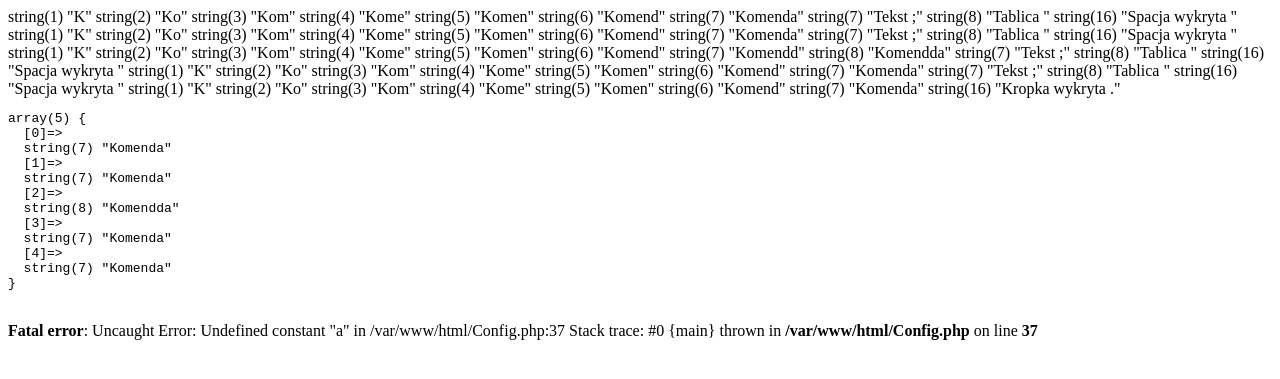
Repository: mahoone/revising_php
Page: http://localhost/Config.php
The author's editor kept a copy of each file at every save. The page is drawn from the files as they stood at one save, then again after the next save.
The browser window is 1280 px wide. The pictures show the whole page.
The page is run by PHP 8.4 with error messages shown; the project is at /var/www/html/.

Above is the page before, as saved 2020-06-03 08:43:57.

After the next save:
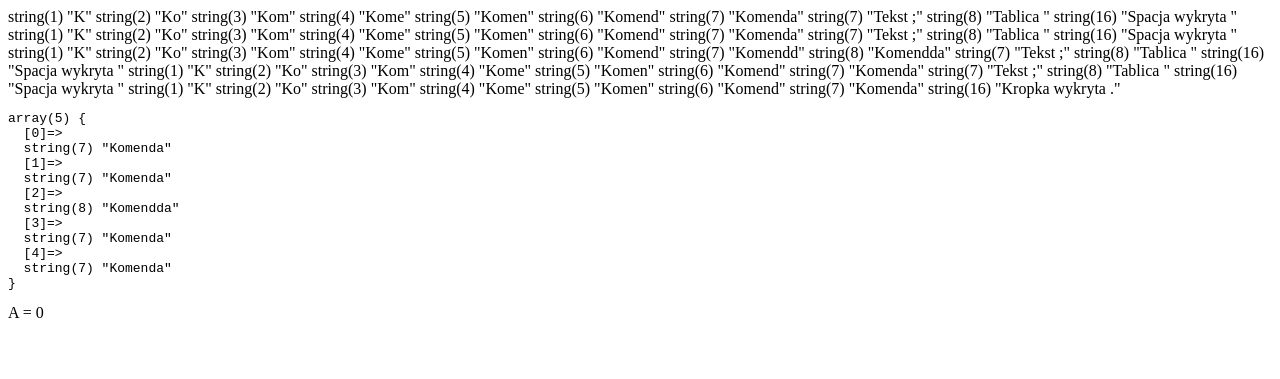
Saved 40 s later.
--- a/Config.php
+++ b/Config.php
@@ -34,10 +34,10 @@ echo '</pre>';
 $a = 0;
 
 
-if(a == 0) {
+if($a == 0) {
     echo 'A = 0';
 }
-elseif(a !== 0) {
+elseif($a !== 0) {
     echo 'A nie rowna sie 0';
 }
 else
